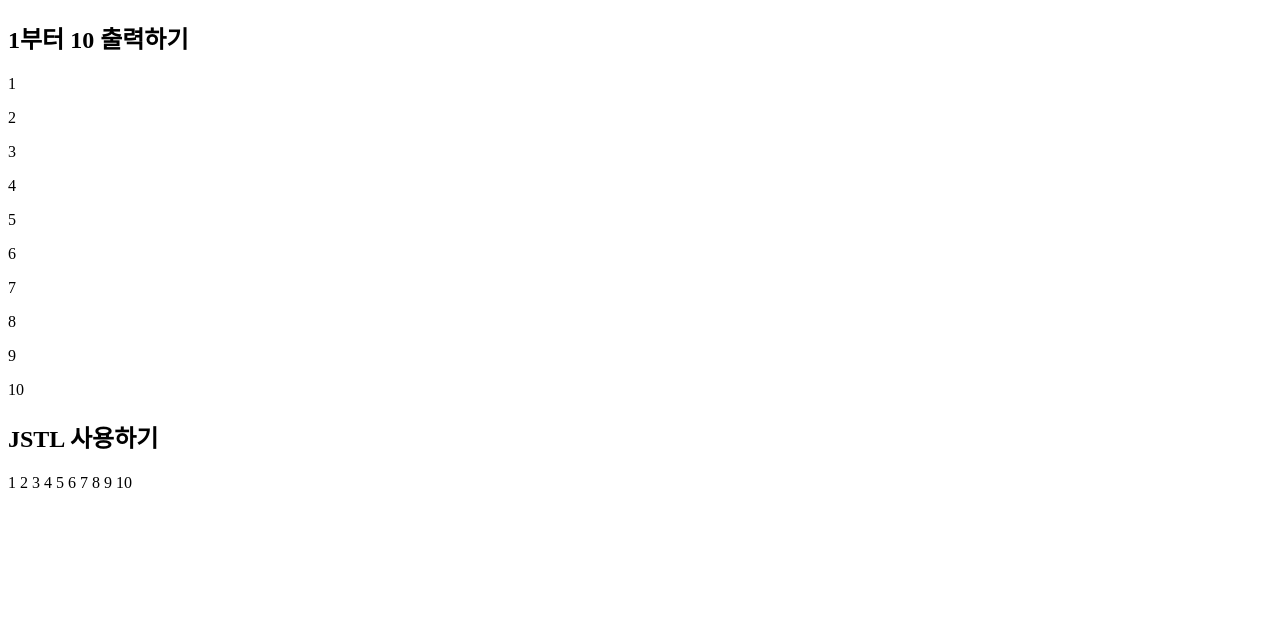
Repository: siwoo1214/acorn_server
Page: http://localhost/day08Prac/ex06
An editor plug-in stored every save of this project. The page is shown before and after a run of saves, followed by the edit.
The browser window is 1280 px wide. The pictures show the whole page.
The page is served by Tomcat 9.

Above is the page before, as saved 2025-04-09 07:25:45.

After the next 2 saves:
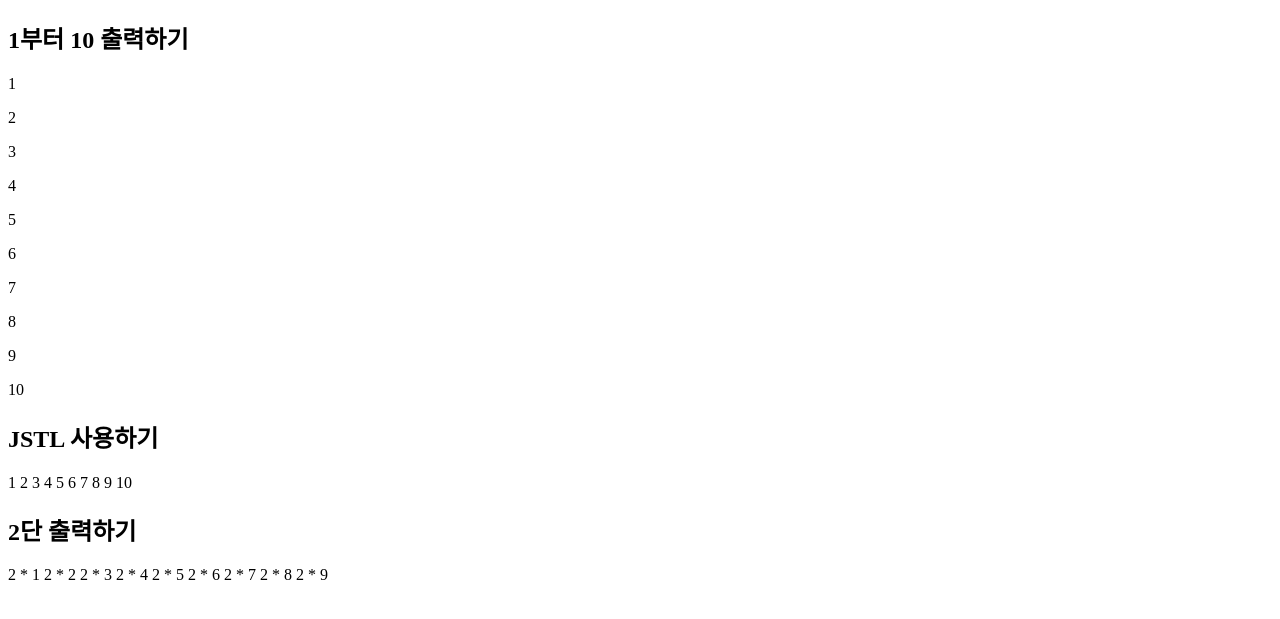
The 2 saves are shown as one change because they came seconds apart.
The last was saved 99 s later.
--- a/day08Prac/src/main/webapp/WEB-INF/views/ex06.jsp
+++ b/day08Prac/src/main/webapp/WEB-INF/views/ex06.jsp
@@ -19,5 +19,10 @@
 	<c:forEach var="i" begin="1" end="10">
 		${i}
 	</c:forEach>
+
+	<h2>2단 출력하기</h2>
+	<c:forEach var="i" begin="1" end="9">
+		2 * ${i}
+	</c:forEach>
 </body>
 </html>
